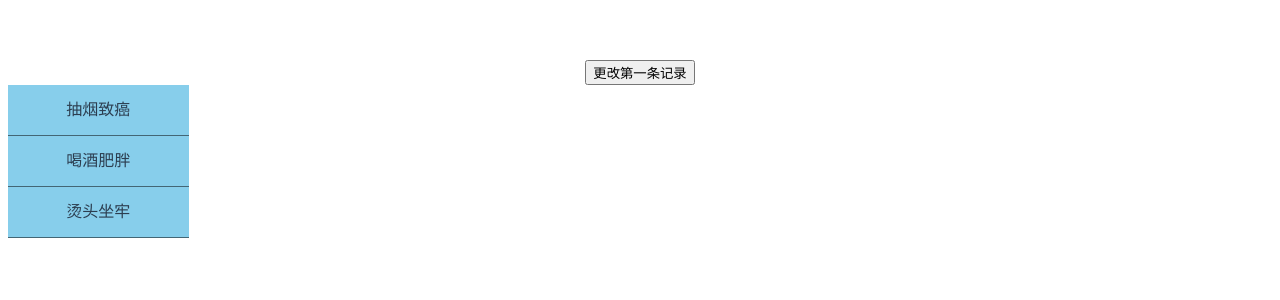
Repository: sunboxsoft/vue-key_Vue.set_parser-babylon
Page: /#/ComprehensicePractise
These files come from the project's save history. The page is drawn as it stood at one moment and after the next save; the edit follows.
The browser window is 1280 px wide. The pictures show the whole page.
The project was rebuilt for these pictures with package versions that can differ from the ones it lists, and the page was loaded fresh each time. Also part of the build but not shown: src/components/HelloWorld.vue.

Above is the page before, as saved 2022-05-14 07:34:44.

### index.html
<!DOCTYPE html>
<html>
  <head>
    <meta charset="utf-8">
    <meta name="viewport" content="width=device-width,initial-scale=1.0">
    <title>vue-key</title>
  </head>
  <body>
    <div id="app"></div>
    <!-- built files will be auto injected -->
  </body>
</html>

### src/router/index.js
import Vue from 'vue'
import Router from 'vue-router'
import HelloWorld from '@/components/HelloWorld'
import CaculateRate from '@/components/CaculateRate'
import ComprehensicePractise from '@/components/ComprehensicePractise'
Vue.use(Router)

export default new Router({
    routes: [{
        path: '/',
        name: 'HelloWorld',
        component: HelloWorld
    }, {
        path: '/CaculateRate',
        name: 'CaculateRate',
        component: CaculateRate
    }, {
        path: '/ComprehensicePractise',
        name: 'ComprehensicePractise',
        component: ComprehensicePractise
    }]
})

### src/components/CaculateRate.vue
<template>
  <section class="CaculateRate">
    <ul>
      <li>File</li>
      <li>code</li>
      <li>comment</li>
      <li>blank</li>
      <li>total</li>
      <li>comment Rate</li>
      <li>comment Absent</li>
      <template v-for="item in dataSource">
        <li v-for="(itemChild, index) in Object.keys(item)" :key="index">
          <input
            v-if="['comment', 'total'].indexOf(itemChild) >= 0"
            type="text"
            v-model="item[itemChild]"
          />
          <template v-else> {{ item[itemChild] }}</template>
        </li>
        <li>
          {{ toPercent(item.comment / item.total) }}
        </li>
        <li :class="[{'red':item.comment / item.total<0.15}]">
          {{ Math.ceil((0.15 - item.comment / item.total) * item.total)>0?Math.ceil((0.15 - item.comment / item.total) * item.total) :0}}
        </li>
      </template>
    </ul>
  </section>
</template>

<script>
export default {
  name: "CaculateRate",
  data() {
    return {
      dataSource: [
        {
          File: "VFormDesignerModal.vue",
          code: 181,
          comment: 25,
          blank: 0,
          total: 206
        }
      ]
    };
  },
  components: {},
  watch: {},
  mounted() {},
  methods: {
    toPercent(point) {
      var percent = Number(point * 100).toFixed(2);
      percent += "%";
      return percent;
    }
  }
};
</script>

<style>
ul {
  list-style: none;
  padding: 0;
  margin: 0;
  display: flex;
  flex-wrap: wrap;
}
li:nth-child(-n + 7) {
  background-color: skyblue;
}
li {
  width: calc(100% / 7);
  line-height: 50px;
  border-bottom: 1px solid rgb(0, 0, 0, 0.5);
}
.red {
  color: red;
}
</style>

### src/components/ComprehensicePractise.vue
<template>
  <section class="ComprehensicePractise">

   <div v-if="student.age">
    年龄{{student.age}}
    </div>
        <button @click="changeOneRecord">更改第一条记录</button>
    <ul>
      <li v-for="item in student.hobby" :key="item">
        {{ item }}
      </li>
    </ul>
  </section>
</template>

<script>
export default {
 name: 'ComprehensicePractise',
  data() {
    return {
        student:{
            hobby:['抽烟致癌','喝酒肥胖','烫头坐牢']
        }
    }
  },
  components: {},
  watch: {},
  mounted() {},
  methods: {
      changeOneRecord(){
        //this.hobby[0]='学习'  //不生效
        // 方法一
        //this.hobby.splice(0,1,'学习')
        // 方法二
        this.$set(this.student.hobby,0,'学习')
      }
  }
}
</script>

<style>
ul {
  list-style: none;
  padding: 0;
  margin: 0;
  display: flex;
  flex-direction: column;
}
li {
  flex: 1;
  line-height: 50px;
}
</style>

Loaded but not shown: src/main.js (common file); src/App.vue (common file)

After the next save:
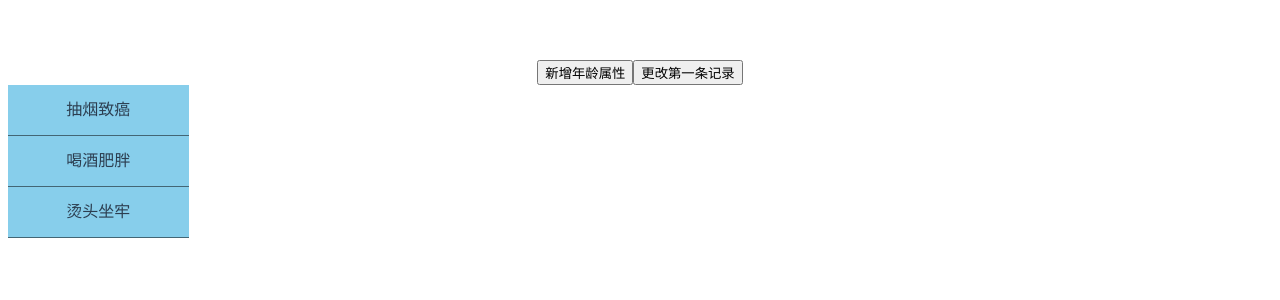
Saved 9 s later.
--- a/src/components/ComprehensicePractise.vue
+++ b/src/components/ComprehensicePractise.vue
@@ -1,6 +1,6 @@
 <template>
   <section class="ComprehensicePractise">
-
+ <button @click="changeOneRecord">新增年龄属性</button>
    <div v-if="student.age">
     年龄{{student.age}}
     </div>
